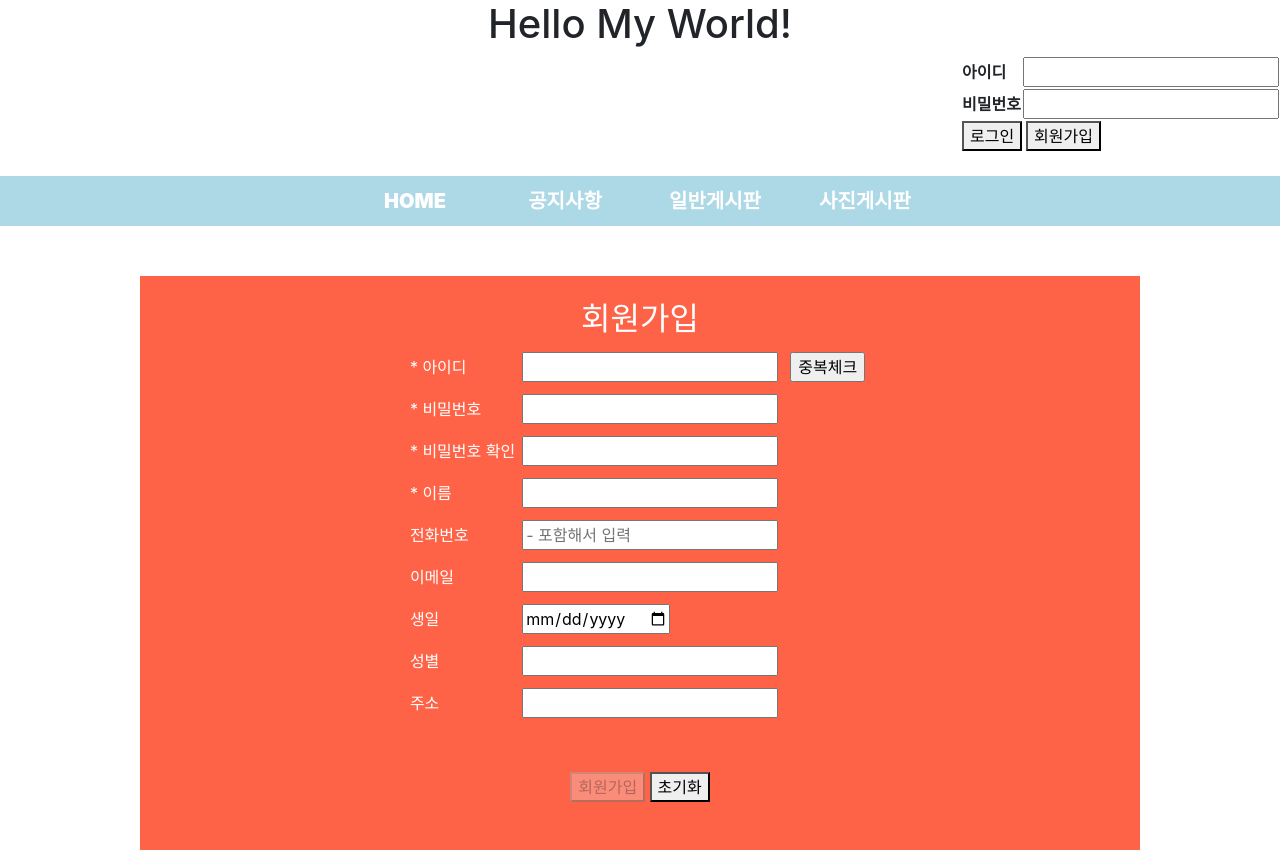
Repository: Developer-Choi-Jae-Young/FrameworkPractice
Page: http://localhost/mybatisProject/enrollForm.me
The author's editor kept a copy of each file at every save. The page is drawn from the files as they stood at one save, then again after the next save.
The browser window is 1280 px wide. The pictures show the whole page.
The page is served by Tomcat 9.

Above is the page before, as saved 2024-09-04 06:06:09.

After the next save:
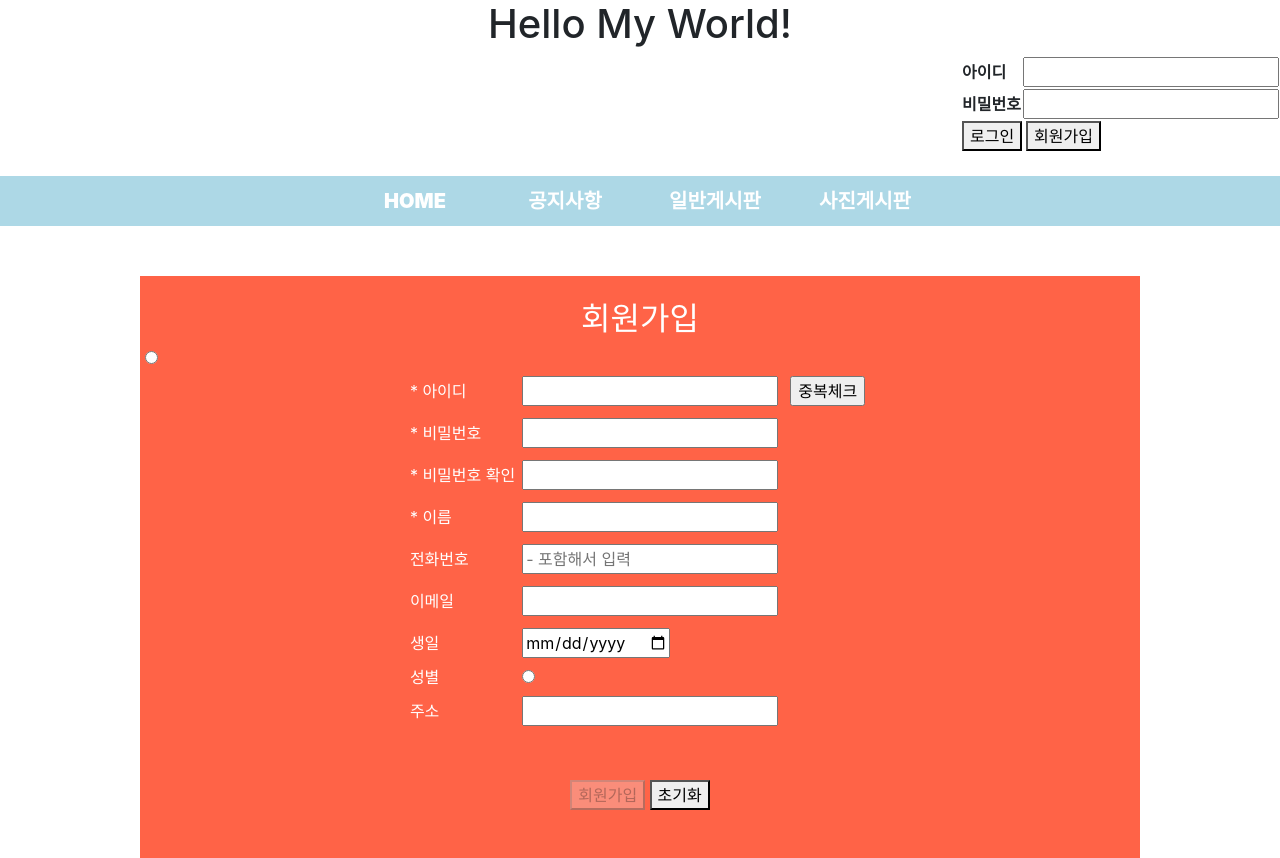
Saved 20 s later.
--- a/mybatis/mybatisProject/webapp/WEB-INF/views/member/memberEnrollForm.jsp
+++ b/mybatis/mybatisProject/webapp/WEB-INF/views/member/memberEnrollForm.jsp
@@ -83,8 +83,8 @@
 				<tr>
 					<td>성별</td>
 					<td>
-						<input type="text" name="address">
-					</td>
+						<input type="radio" name="gender" value="남">					</td>
+						<input type="radio" name="gender" value="여">
 				</tr>
 				<tr>
 					<td>주소</td>
